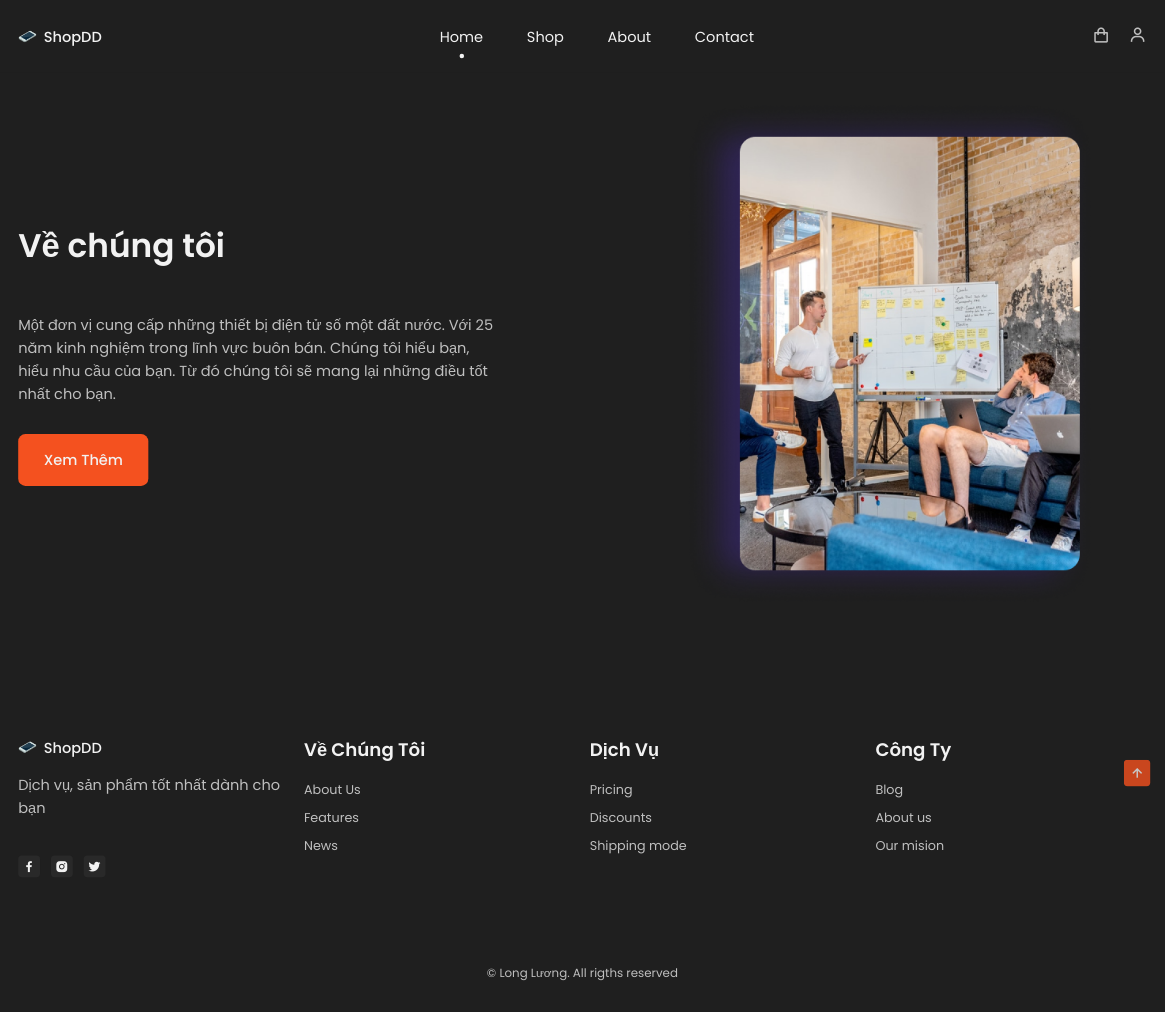
Repository: long5122000/Shopc
Page: about.html
The author's editor kept a copy of each file at every save. The page is drawn from the files as they stood at one save, then again after the next save.
The browser window is 1280 px wide. The pictures show the whole page, at 91% of full size.
The style sheet was rebuilt from its Sass, Less or Tailwind sources for each picture, by a compiler version that may differ from the author's.

Above is the page before, as saved 2021-11-30 21:38:18.
Console error: TypeError: Cannot read properties of null (reading 'addEventListener')

After the next save:
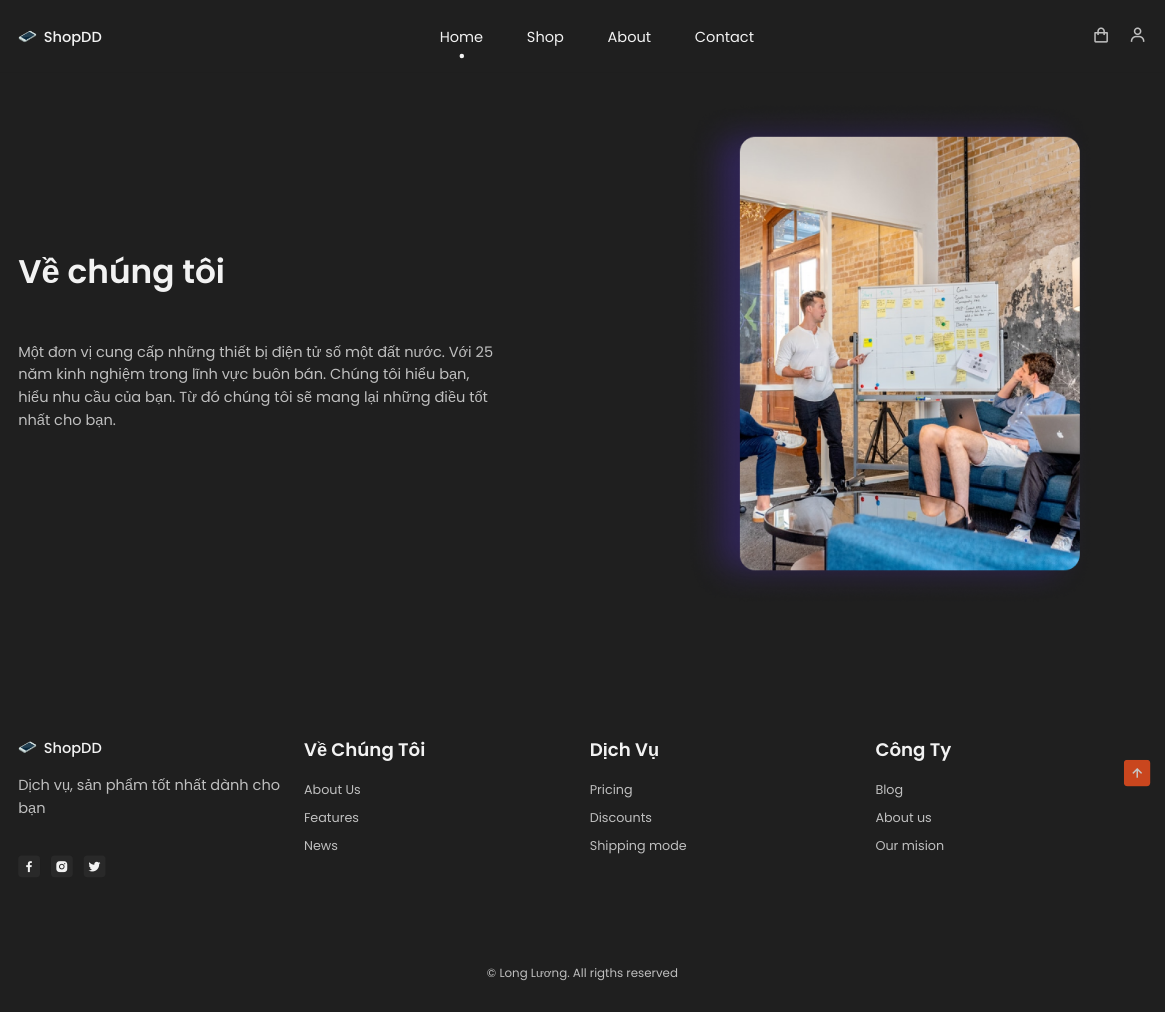
Saved 19 s later.
--- a/about.html
+++ b/about.html
@@ -254,7 +254,6 @@
               nhu cầu của bạn. Từ đó chúng tôi sẽ mang lại những điều tốt nhất
               cho bạn.
             </p>
-            <a href="#" class="button">Xem Thêm</a>
           </div>
           <img src="./images/about.png" alt="" class="about__image" />
         </div>
